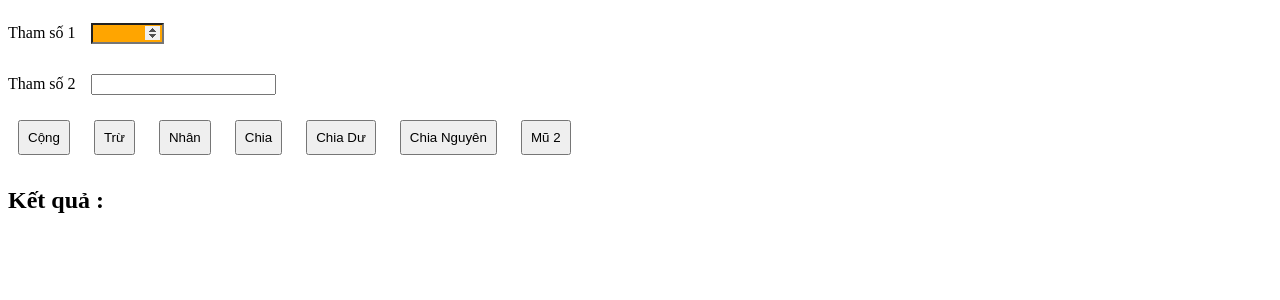
Repository: Toni3498/JsCourse
Page: number/calc.html
The author's editor kept a copy of each file at every save. The page is drawn from the files as they stood at one save, then again after the next save.
The browser window is 1280 px wide. The pictures show the whole page.
The pointer rests on the first visible `.input input`.

Above is the page before, as saved 2021-08-17 19:44:42.

### number/calc.html
<!DOCTYPE html>
<html lang="en">
  <head>
    <meta charset="UTF-8" />
    <meta http-equiv="X-UA-Compatible" content="IE=edge" />
    <meta name="viewport" content="width=device-width, initial-scale=1.0" />
    <title>JS-Exercises</title>
    <link href="style.css" rel="stylesheet" />
  </head>

  <body>
    <div class="input">
      <label for="ts1">Tham số 1</label><input type="number" id="ts1" /><br />
      <label for="ts2">Tham số 2</label><input type="number" id="ts2" />
    </div>
    <div class="optionCalc">
      <button id="sum">Cộng</button>
      <button id="sub">Trừ</button>
      <button id="mul">Nhân</button>
      <button id="div">Chia</button>

      <button id="chiaDu">Chia Dư</button>
      <button id="chiaNguyen">Chia Nguyên</button>
      <button id="pow">Mũ 2</button>
    </div>
    <div class="result">
      <h2 style="display: inline-block">Kết quả :</h2>
      <h1 style="display: inline-block" id="kq"></h1>
    </div>

    <script>
      var x = document.getElementById('ts1');
      var y = document.getElementById('ts2');

      //1. Hàm cộng 2 tham số
      function sumNumber() {
        document.getElementById('kq').innerHTML = parseInt(x.value) + parseInt(y.value);
      }
      //Hàm trừ 2 tham số
      function subNumber() {
        document.getElementById('kq').innerHTML = parseInt(x.value) - parseInt(y.value);
      }
      //Hàm nhân 2 tham số
      function multiNumber() {
        document.getElementById('kq').innerHTML = parseInt(x.value) * parseInt(y.value);
      }
      // Hàm chia 2 tham số
      function divNumber() {
        document.getElementById('kq').innerHTML = parseFloat(x.value) / parseFloat(y.value);
      }
      //hàm chia dư 2 tham số
      function chiaDu() {
        document.getElementById('kq').innerHTML = parseInt(x.value) % parseInt(y.value);
      }
      // Hàm chia nguyên 2 tham số (a - a % b) / b;
      function chiaNguyen() {
        document.getElementById('kq').innerHTML =
          (parseInt(x.value) - (parseInt(x.value) % parseInt(y.value))) / parseInt(y.value);
      }
      // Hàm mũ 2 tham số
      function powNumber() {
        document.getElementById('kq').innerHTML = parseInt(x.value) ** parseInt(y.value);
      }

      // EventListener
      document.getElementById('sum').addEventListener('click', sumNumber);
      document.getElementById('sub').addEventListener('click', subNumber);
      document.getElementById('mul').addEventListener('click', multiNumber);
      document.getElementById('div').addEventListener('click', divNumber);
      document.getElementById('chiaDu').addEventListener('click', chiaDu);
      document.getElementById('chiaNguyen').addEventListener('click', chiaNguyen);
      document.getElementById('pow').addEventListener('click', powNumber);
    </script>
  </body>
</html>

### number/style.css
.input input {
  margin: 15px;
}
.optionCalc button {
  margin: 10px;
  padding: 8px;
}
.input input:hover {
  background-color: orange;
  width: 65px;
  height: 15px;
}

After the next save:
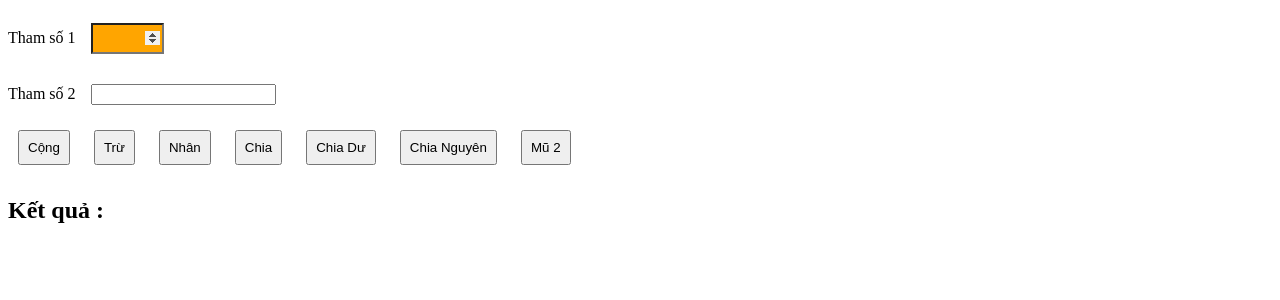
Saved 19 s later.
--- a/number/style.css
+++ b/number/style.css
@@ -8,5 +8,5 @@
 .input input:hover {
   background-color: orange;
   width: 65px;
-  height: 15px;
+  height: 25px;
 }
